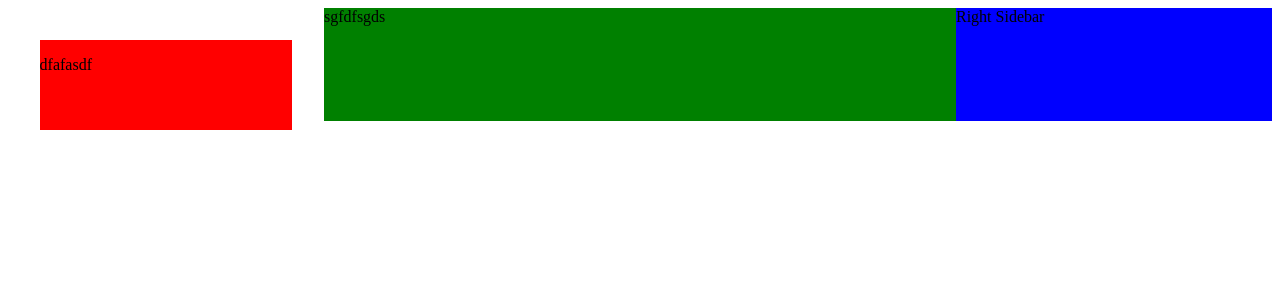
Repository: SainediAmbika/RecallingAll
Page: Angular Recalling/Flex+Grid/index.html
The author's editor kept a copy of each file at every save. The page is drawn from the files as they stood at one save, then again after the next save.
The browser window is 1280 px wide. The pictures show the whole page.

Above is the page before, as saved 2025-05-20 11:42:26.

### Angular Recalling/Flex+Grid/index.html
<!DOCTYPE html>
<html lang="en">
<head>
    <meta charset="UTF-8">
    <meta name="viewport" content="width=device-width, initial-scale=1.0">
    <title>Flex+Grid</title>
    <link rel="stylesheet" href="app.css">
</head>
<body>
    <div class="container">
        <div class="leftSidebar" style="background-color:red"><p>dfafasdf</p></div>
         <div class="mainContent" style="background-color:green">sgfdfsgds</div>
          <aside class="rightSidebar" style="background-color:blue">Right Sidebar</aside>
    </div>
</body>
</html>

### Angular Recalling/Flex+Grid/app.css
.container{
    display: grid;

    grid-template-columns:25% 50% 25%;
}
.leftSidebar,mainContent,rightSidebar {
    height: 80%;
    margin: 10%;
}

After the next save:
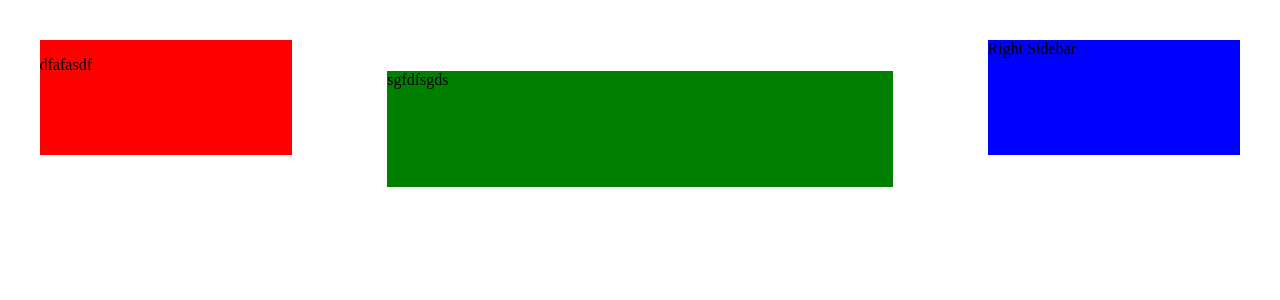
Saved 18 s later.
--- a/Angular Recalling/Flex+Grid/app.css
+++ b/Angular Recalling/Flex+Grid/app.css
@@ -3,7 +3,7 @@
 
     grid-template-columns:25% 50% 25%;
 }
-.leftSidebar,mainContent,rightSidebar {
+.leftSidebar,.mainContent,.rightSidebar {
     height: 80%;
     margin: 10%;
 }
